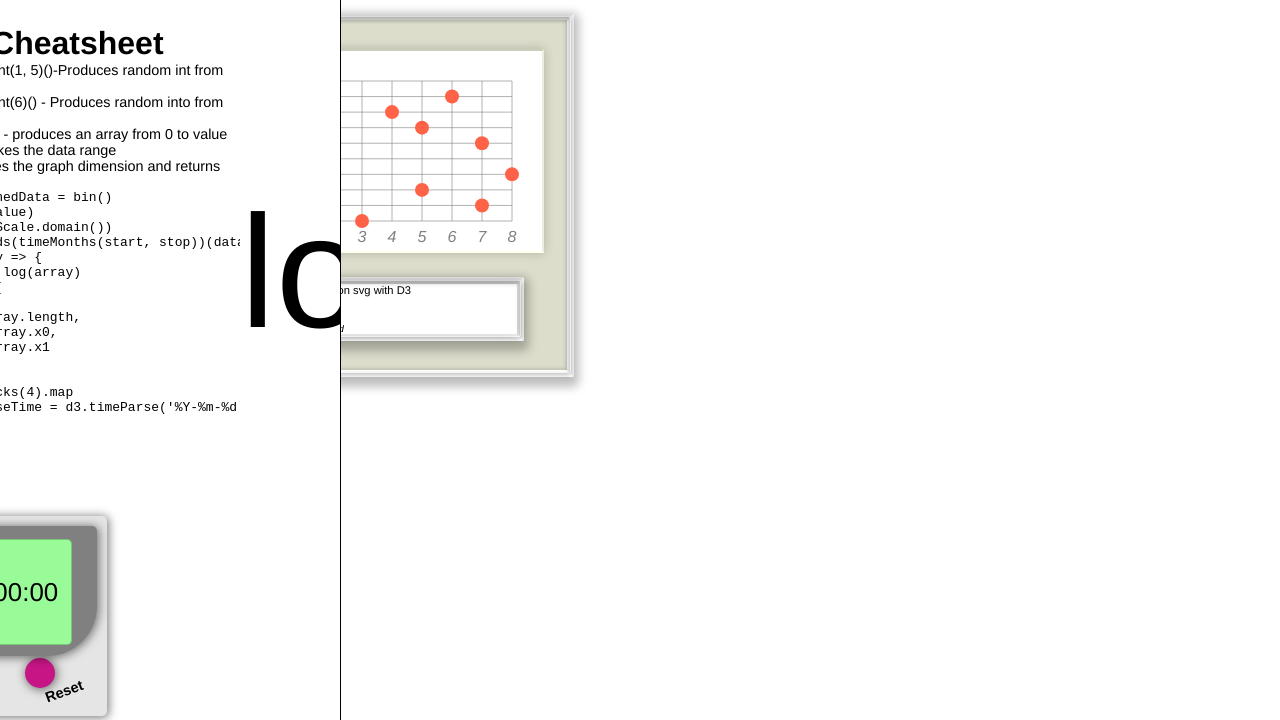
Repository: Lewisjohnward/100-days-of-d3
Page: /
These files come from the project's save history. The page is drawn as it stood at one moment and after the next save; the edit follows.
The browser window is 1280 px wide. The pictures show the whole page.
The page's requests for data from a server got no answer. An inner scrolling area shows only its first screen. The project was rebuilt for these pictures with package versions that can differ from the ones it lists, and the page was loaded fresh each time. No one was signed in, and anything a server would have sent is missing. Also part of the build but not shown: src/charts/chart2/useGetData.js, src/charts/chart2/styles.js, src/charts/chart2/Chart.js, src/charts/chart3/useGetData.js, src/charts/chart3/styles.js, src/charts/chart3/Chart.js, src/charts/chart4/useGetData.js, src/charts/chart4/styles.js and 4 more.

Above is the page before, as saved 2021-10-20 15:43:47.

After the next save:
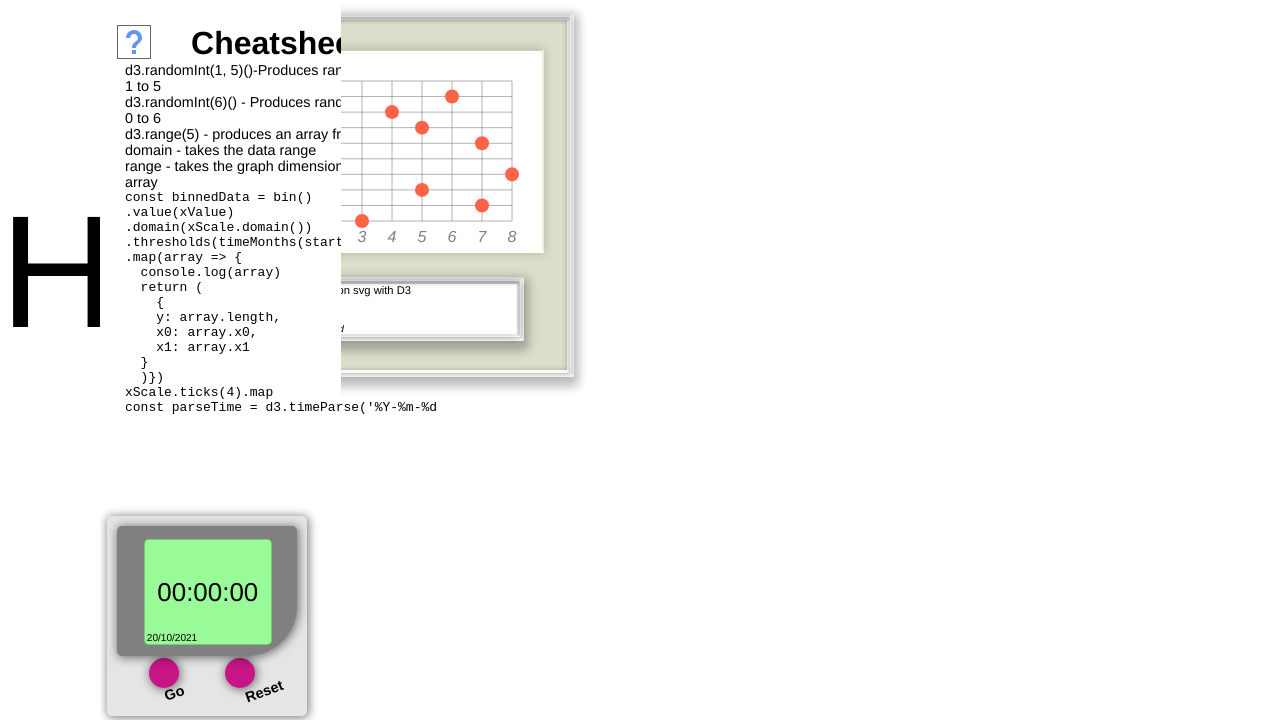
Saved 14 s later.
--- a/src/components/Navbar.js
+++ b/src/components/Navbar.js
@@ -55,7 +55,7 @@ const code = `const binnedData = bin()
   )})`;
 
 export const Navbar = () => {
-  const [visible, setVisible] = useState(false);
+  const [visible, setVisible] = useState(true);
   return (
     <NavContainer className={visible ? 'open' : 'close'}>
       <Icon onClick={() => setVisible(prev => !prev)}/>
